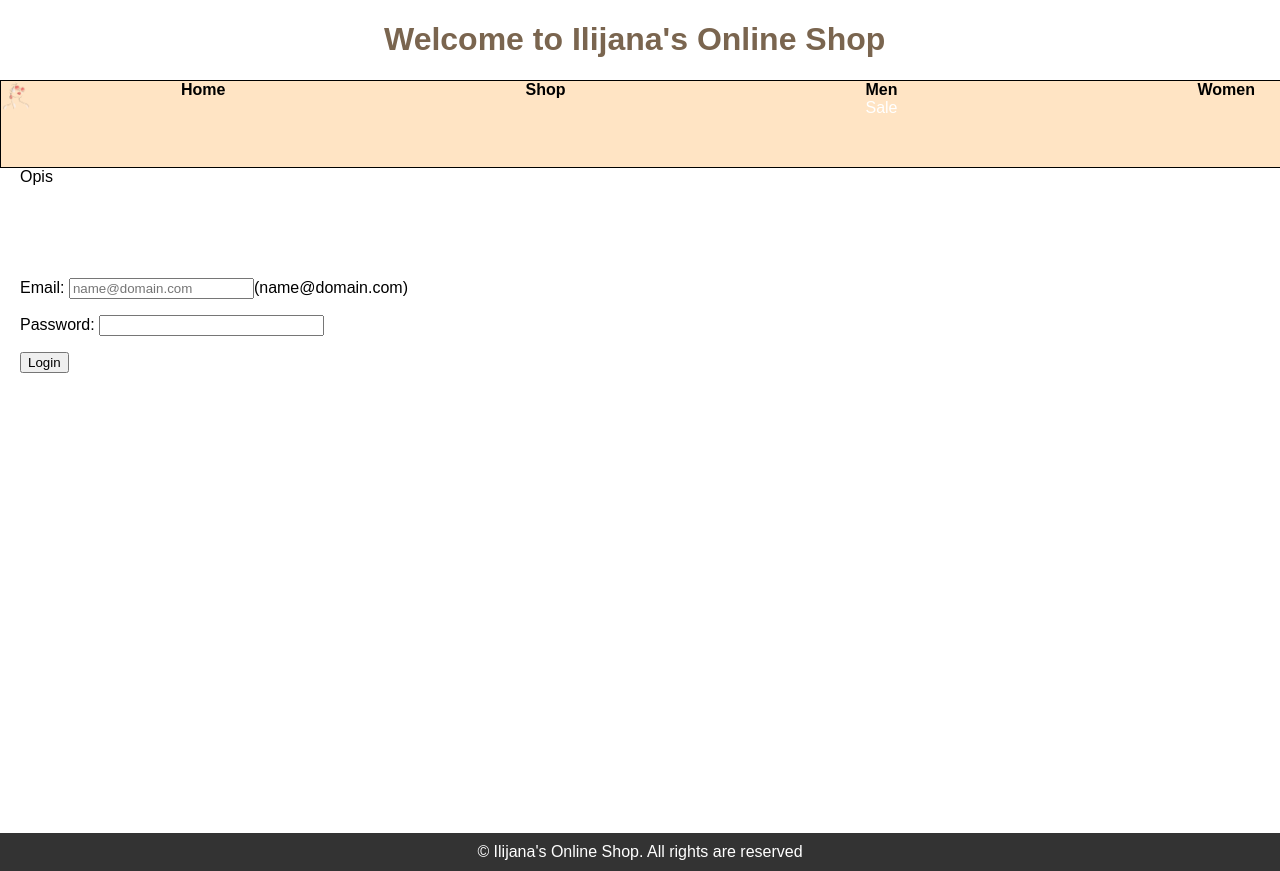
Repository: ilijana123/Proekt1
Page: html.html
The author's editor kept a copy of each file at every save. The page is drawn from the files as they stood at one save, then again after the next save.
The browser window is 1280 px wide. The pictures show the whole page.

Above is the page before, as saved 2023-11-13 01:47:55.

### html.html
<!DOCTYPE html>
<html>
    <head>

    <meta charset="utf-8">
    <title>Online shop</title>
    <link rel="stylesheet" type="text/css" href="1.css">
    <script src="script.js"></script>

    </head>

    <body>
    <header>
       <h1>Welcome to Ilijana's Online Shop</h1>
    </header>

    <nav>
        <div class="social-call">
        <div class="social">
            <a href="#"><i class="fab fa-facebook-f"></i></a>
            <a href="#"><i class="fab fa-twitter"></i></a>
            <a href="#"><i class="fab fa-youtube"></i></a>
            <a href="#"><i class="fab fa-instagram"></i></a>
        </div>
        </div>
        <div class="navigation">
            <a href="#" class="logo"><img src="logo.png"></a>
            <div class="toggle"></div>
            <ul class="menu">
            <li><a href="#">Home</a></li>
            <li  class="shop"><a href="#" >Shop</a></li>
            <li><a href="#">Men</a>
                <span class="sale-lable">Sale</span>
            </li>
            <li><a href="#">Women</a></li>
            <li><a href="#">Kids</a></li>
            </ul>
            <div class="right-menu">
            <a href="javascript:void(0);" class="search">
                <i class="fas fa-search"></i>
            </a>
            <a href="javascript:void(0);" class="user">
                <i class="far fa-user"></i>
            </a>
            <a href="#">
                <i class="fas fa-shopping-cart">
                    <span class="num-cart-product">0</span>
                </i>
            </a>
            </div>
        </div>
    </nav>

       <section id="home">
            <h2>Home</h2>
            <p>Opis</p>
        </section>

        <section id="contact">
            <form method="post" autocomplete="on">
                <p><label>Email:
                    <input type="email" id="email"
                        placeholder="name@domain.com"/>(name@domain.com)
                </label></p>
                <p><label>Password:
                    <input type="password" id="password" size="25"
                        placeholder=""/>
                </label></p>
                <button onclick="btnClicked()">Login</button>
            </form>
       </section>

       <section id="category1"></section>
       <section id="category2"></section>
       <section id="category3"></section>
       <section id="instagram"></section>
      <section id="survey">
      </section>
      <section id="questionnaire">
      </section>
      <section id="contact">
      </section>
       <footer> &copy; Ilijana's Online Shop. All rights are reserved</footer>

    </body>
</html>

### 1.css
h1  {
     font-family: fantasy;
        color:rgb(122, 101, 79);
        position:relative;
        margin-left: 30%;
        text-decoration:double;
        text-decoration-color: aliceblue;
    }
    body
    {
        margin: 0;
        padding: 0;
        font-family: Arial, sans-serif;
    }
    .navigation
    {
        display:flex;
        justify-content: space-between;
        allign-items: center;
        background-color:bisque;
        margin:auto;
        position: fixed;
        color: white;
        padding: auto;
        left: 0px;
        width: 100%;
        z-index: 100;
        border: 1px solid rgba(0,0,0,03);
    }
    nav ul
    {
        list-style-type: none;
        margin: 0;
        padding: 0;
        display: flex;
        flex-direction: row; /* Set the direction to column */

    }

    nav ul li
    {
        display: block; /* Set the display property to block */
        margin-bottom: 50px;
        margin-right: 150px;
        margin-left:150px;
    }
    section {
        padding: 20px;
        margin: 20px 0;
    }
    nav a {
        text-decoration:solid;
        color:black;
        font-weight: bold;

    }
    nav a:hover {
        color: #555;
    }

    footer {
        background-color: #333;
        color: white;
        text-align: center;
        padding: 10px;
    }
    .logo img{
        height: 30px;
    }

### script.js
function btnClicked()
{
    document.location.href="html1.html";
}

After the next save:
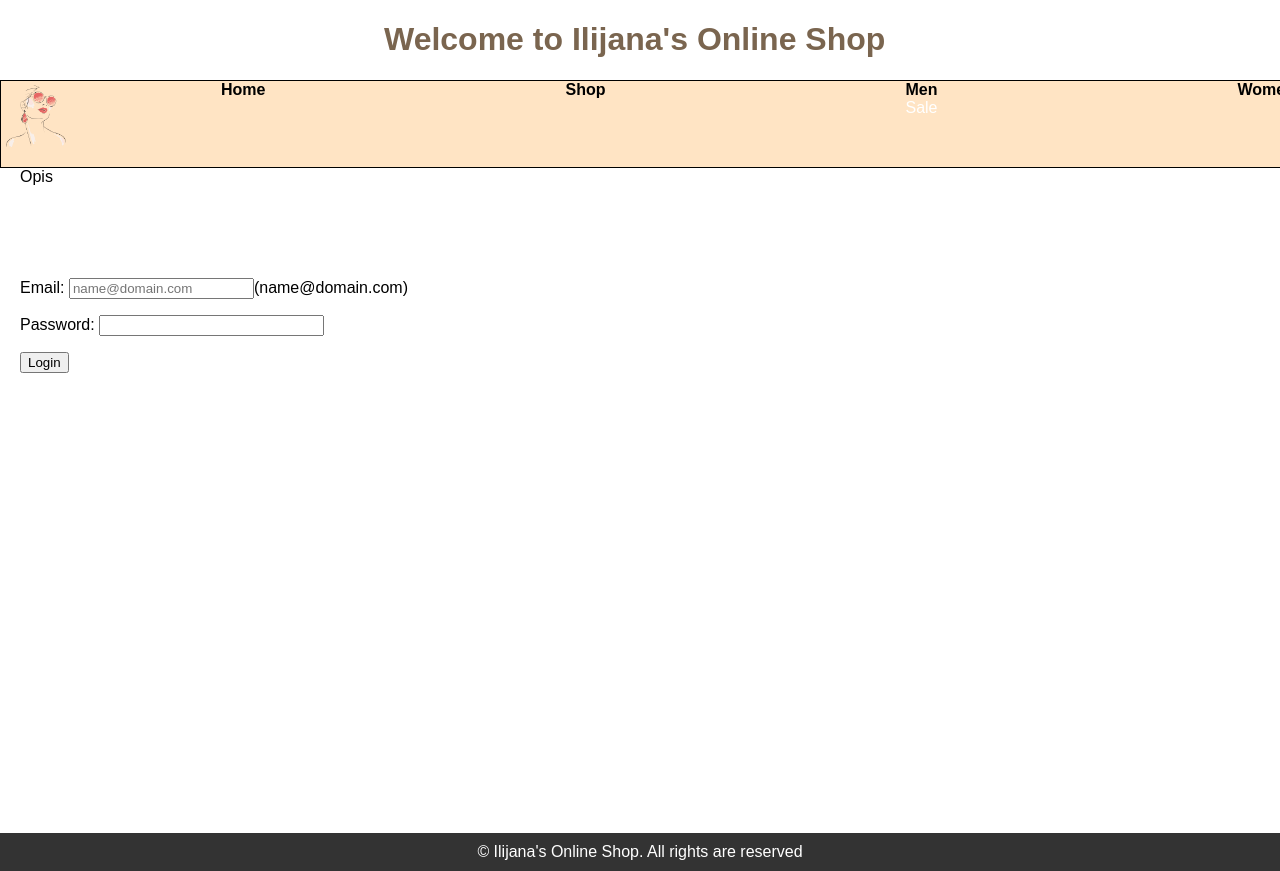
Saved 19 s later.
--- a/1.css
+++ b/1.css
@@ -65,5 +65,5 @@ h1  {
         padding: 10px;
     }
     .logo img{
-        height: 30px;
+        height: 70px;
     }
